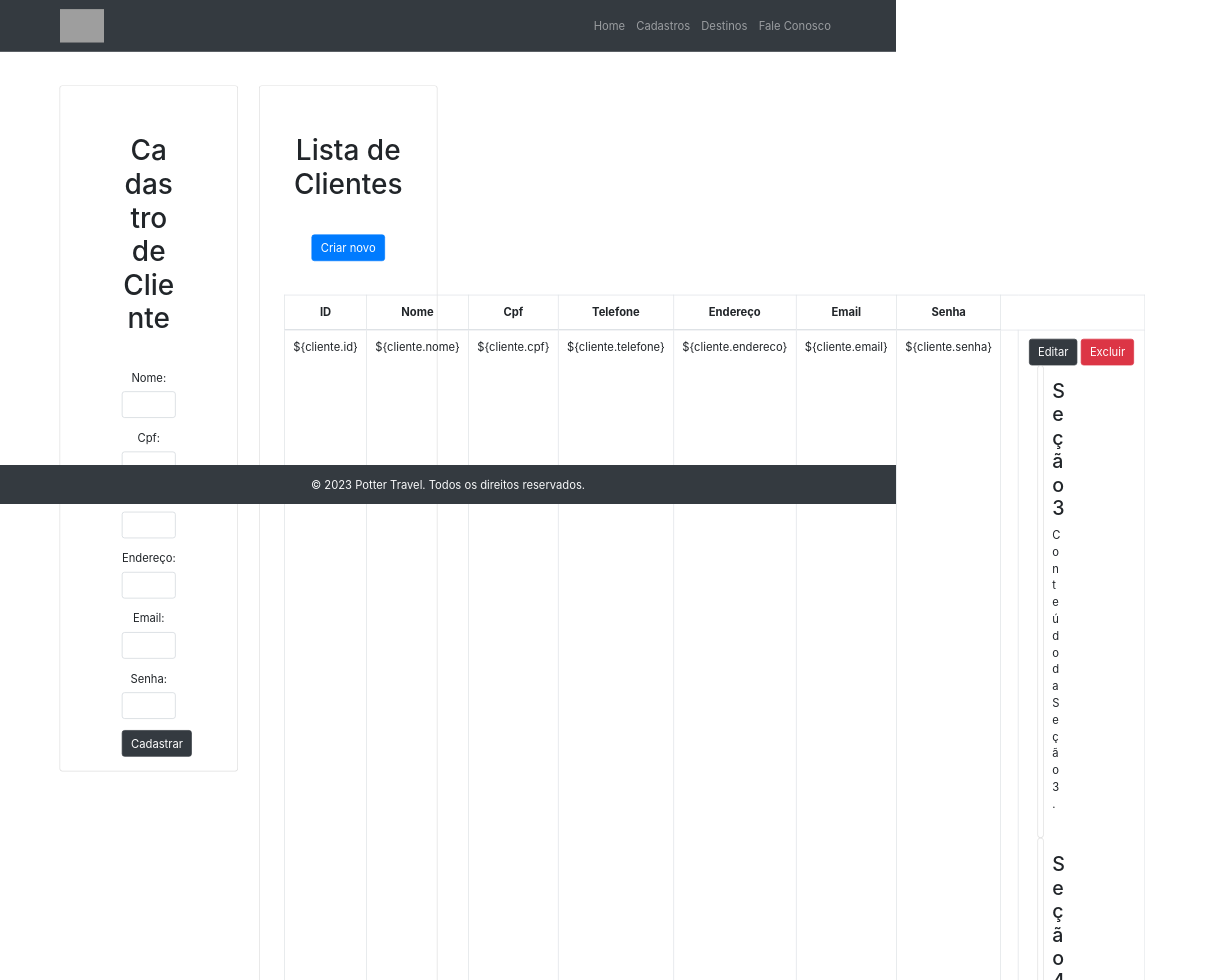
Repository: marcelledssantos/PotterTravel-MVC
Page: PotterTravel-MVC/src/main/webapp/index.html
The author's editor kept a copy of each file at every save. The page is drawn from the files as they stood at one save, then again after the next save.
The browser window is 1280 px wide. The page is 1636 px wide, then 1751 px, so the pictures cover 1751 px, including what lies to the right of the window. The pictures show the part of the page from y = 0 to 1400 px (the page is 1923 px tall before and 2889 px after), at 70% of full size.
Pictures or frames that could not be fetched are drawn as grey boxes. Some web libraries are served in a nearby version.

Above is the page before, as saved 2023-11-01 02:18:58.

### PotterTravel-MVC/src/main/webapp/index.html
<!DOCTYPE html>
<html lang="pt-br">
<head>
    <meta charset="UTF-8">
    <meta name="viewport" content="width=device-width, initial-scale=1.0">
    <title>Home</title>
    <!-- Inclua o link para o Bootstrap via CDN -->
    <link rel="icon" type="image/x-icon" href="./icon/favicon.ico">
    <link rel="stylesheet" href="https://cdn.jsdelivr.net/npm/bootstrap@4.5.3/dist/css/bootstrap.min.css"
    integrity="sha384-TX8t27EcRE3e/ihU7zmQxVncDAy5uIKz4rEkgIXeMed4M0jlfIDPvg6uqKI2xXr2" crossorigin="anonymous">
</head>
<body>
    <!-- Cabeçalho -->
    <header>
        <nav class="navbar navbar-expand-lg navbar-dark  bg-dark text-light">
            <div class="container">
                <a class="navbar-brand" href="#"><img src="./icon/samurai.png"/ height="48px"></a>
                <button class="navbar-toggler" type="button" data-toggle="collapse" data-target="#navbarNav" aria-controls="navbarNav" aria-expanded="false" aria-label="Toggle navigation">
                    <span class="navbar-toggler-icon"></span>
                </button>
                <div class="collapse navbar-collapse" id="navbarNav">
                    <ul class="navbar-nav ml-auto">
                        <li class="nav-item">
                            <a class="nav-link" href="#">Home</a>
                        </li>
                        <li class="nav-item">
                            <a class="nav-link" href="ReadController">Cadastros</a>
                        </li>
                        <li class="nav-item">
                            <a class="nav-link" href="#sobre">Destinos</a>
                        </li>
                        <li class="nav-item">
                            <a class="nav-link" href="#contato">Fale Conosco</a>
                        </li>
                    </ul>
                </div>
            </div>
        </nav>
    </header>

    <!-- Corpo da Página -->
    <div class="container text-center mt-5">
        <div class="row">
            <div class="col-md-3">
                <div class="card">
                    <div class="card-body">
                       <div class="container">
		<div class="row justify-content-center">
			<div class="col-md-6">
				<h1 class="mt-5" >Cadastro de Cliente</h1>
				<form class="mt-5" action="CreateController" method="post">
					<div class="form-group">
						<label for="nome">Nome:</label> <input type="text"
							class="form-control" id="nome" name="nome" required>
					</div>
					<div class="form-group">
						<label for="nome">Cpf:</label> <input type="text"
							class="form-control" id="cpf" name="cpf" required>
					</div>
					<div class="form-group">
						<label for="nome">Telefone:</label> <input type="text"
							class="form-control" id="telefone" name="telefone" required>
					</div>
					<div class="form-group">
						<label for="login">Endereço:</label> <input type="text"
							class="form-control" id="endereco" name="endereco" required>
					</div>
					<div class="form-group">
						<label for="login">Email:</label> <input type="email"
							class="form-control" id="email" name="email" required>
					</div>
					<div class="form-group">
						<label for="senha">Senha:</label> <input type="password"
							class="form-control" id="senha" name="senha" required>
					</div>
					<button type="submit" class="btn btn-dark">Cadastrar</button>
				</form>
			</div>
		</div>
	</div>
                    </div>
                </div>
            </div>
            <div class="col-md-3">
                <div class="card">
                    <div class="card-body">
                       <h1 class="mt-5">Lista de Clientes</h1>
	<div class="container mt-5">
	<a href="./cadastro.jsp" class="btn btn-primary mb-5">Criar novo</a>
		<table class="table table-bordered">
			<thead>
				<tr>
					<th>ID</th>
					<th>Nome</th>
					<th>Cpf</th>
					<th>Telefone</th>
					<th>Endereço</th>
					<th>Email</th>
					<th>Senha</th>
				</tr>
			</thead>
			<tbody>
				<jstl:forEach items="${clientes}" var="cliente">
					<tr>
						<td>${cliente.id}</td>
						<td>${cliente.nome}</td>
						<td>${cliente.cpf}</td>
						<td>${cliente.telefone}</td>
						<td>${cliente.endereco}</td>
						<td>${cliente.email}</td>
						<td>${cliente.senha}</td>
						<td>
							<td>
							<a href="UpdateController?id=${cliente.id}" class="btn btn-dark">Editar</a>
							<a href="DeleteController?id=${cliente.id}"
							class="btn btn-danger">Excluir</a>
                    </div>
                </div>
            </div>
            <div class="col-md-3">
                <div class="card">
                    <div class="card-body">
                        <h3>Seção 3</h3>
                        <p>Conteúdo da Seção 3.</p>
                    </div>
                </div>
            </div>
            <div class="col-md-3">
                <div class="card">
                    <div class="card-body">
                        <h3>Seção 4</h3>
                        <p>Conteúdo da Seção 4.</p>
                    </div>
                </div>
            </div>
        </div>
    </div>

    <!-- Rodapé -->
    <footer class="bg-dark text-light text-center py-3 fixed-bottom">
        &copy; 2023 Potter Travel. Todos os direitos reservados.
    </footer>

    <!-- Inclua os scripts do Bootstrap via CDN -->
    <script src="https://code.jquery.com/jquery-3.5.1.slim.min.js"></script>
    <script src="https://cdn.jsdelivr.net/npm/@popperjs/core@2.5.3/dist/umd/popper.min.js"></script>
    <script src="https://maxcdn.bootstrapcdn.com/bootstrap/4.5.2/js/bootstrap.min.js"></script>
</body>
</html>

After the next save:
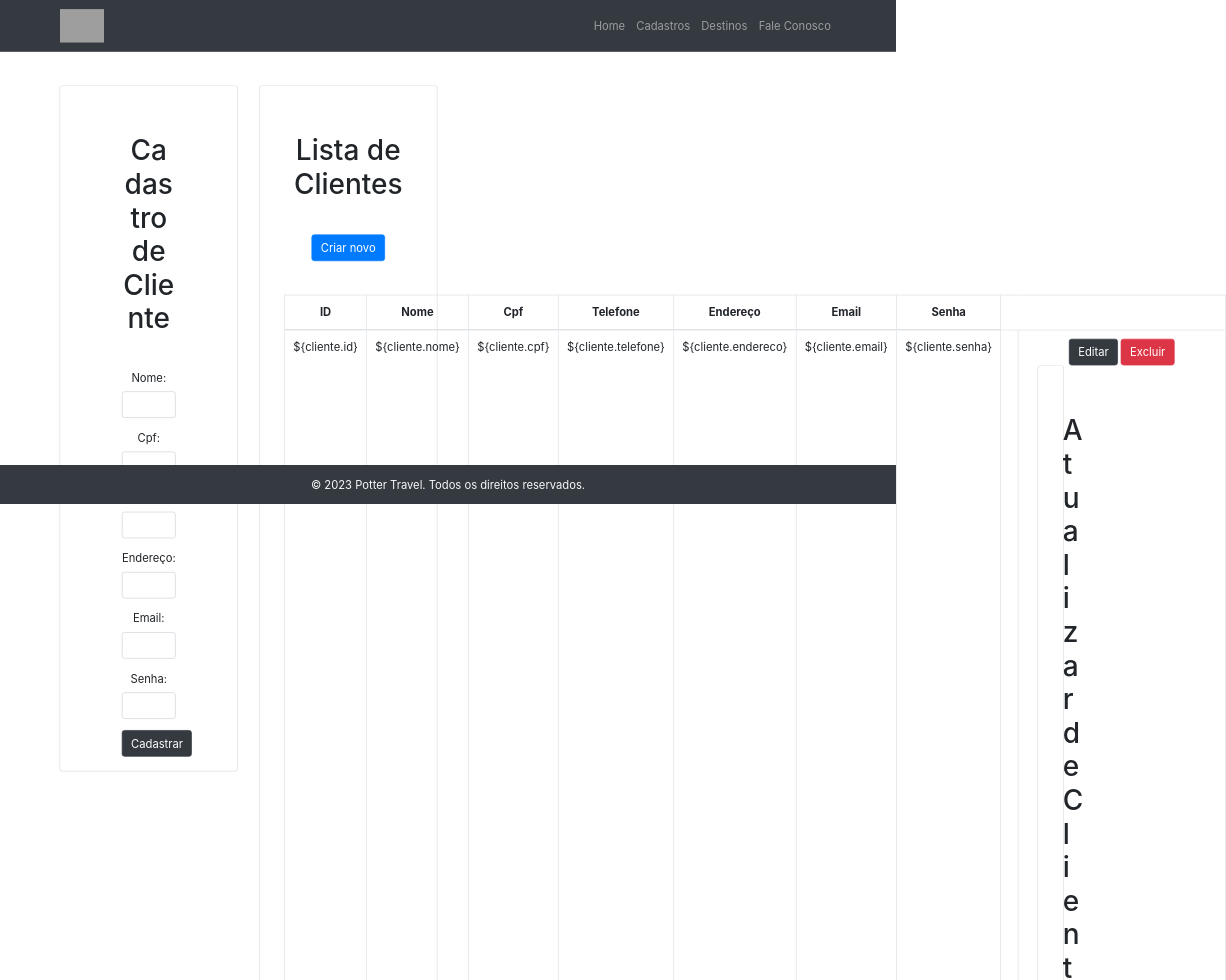
Saved 47 s later.
--- a/PotterTravel-MVC/src/main/webapp/index.html
+++ b/PotterTravel-MVC/src/main/webapp/index.html
@@ -120,8 +120,45 @@
             <div class="col-md-3">
                 <div class="card">
                     <div class="card-body">
-                        <h3>Seção 3</h3>
-                        <p>Conteúdo da Seção 3.</p>
+                       <div class="container">
+		<div class="row justify-content-center">
+			<div class="col-md-6">
+				<h1 class="mt-5" >Atualizar de Cliente</h1>
+				<form class="mt-5" action="UpdateController" method="post">
+				<div class="form-group">
+						<label for="nome">ID:</label> <input type="text"
+							class="form-control" id="id" name="id" value="${client.id}">
+					</div>
+					<div class="form-group">
+						<label for="nome">Nome:</label> <input type="text"
+							class="form-control" id="nome" name="nome" value="${client.nome}">
+					</div>
+					<div class="form-group">
+						<label for="cpf">Cpf:</label> <input type="text"
+							class="form-control" id="cpf" name="cpf" value="${cliente.cpf}">
+					</div>
+					<div class="form-group">
+						<label for="teleone">Telefone:</label> <input type="text"
+							class="form-control" id="telefone" name="telefone" value="${cliente.telefone}">
+					</div>
+					<div class="form-group">
+						<label for="endereco">Endereço:</label> <input type="text"
+							class="form-control" id="endereco" name="endereco" value="${cliente.endereco}">
+					</div>
+					<div class="form-group">
+						<label for="email">Email:</label> <input type="email"
+							class="form-control" id="email" name="email" value="${cliente.email}">
+					</div>
+					<div class="form-group">
+						<label for="senha">Senha:</label> <input type="password"
+							class="form-control" id="senha" name="senha" value="${client.senha}">
+					</div>
+
+					<button type="submit" class="btn btn-dark">Atualizar</button>
+				</form>
+			</div>
+		</div>
+	</div>
                     </div>
                 </div>
             </div>
